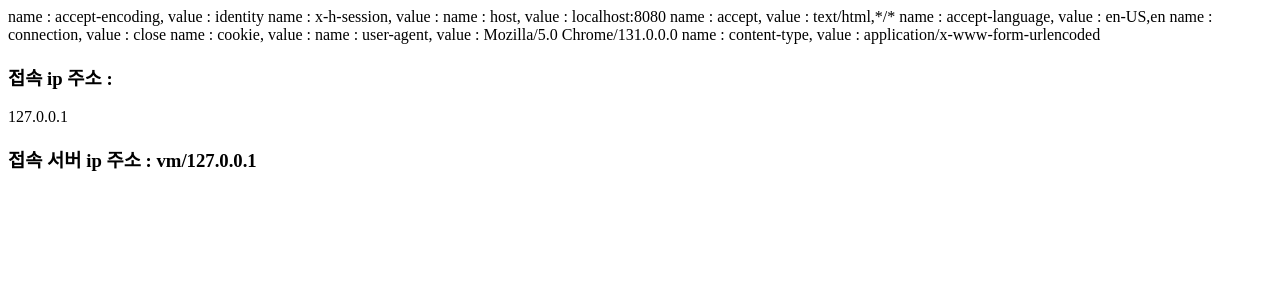
Repository: songyooon/java2
Page: http://localhost/practice03/02Header.jsp
The author's editor kept a copy of each file at every save. The page is drawn from the files as they stood at one save, then again after the next save.
The browser window is 1280 px wide. The pictures show the whole page.
The page is served by Tomcat 9. Other server files are loaded and not shown.

Above is the page before, as saved 2022-11-10 02:11:05.

### practice03/WebContent/02Header.jsp
<%@ page language="java" contentType="text/html; charset=UTF-8"
    pageEncoding="UTF-8"%>
<%@ taglib prefix="c" uri="http://java.sun.com/jsp/jstl/core" %>
<%@ taglib prefix="fmt" uri="http://java.sun.com/jsp/jstl/fmt" %>
<%@ page import="java.util.*" %>
<%@ page import="java.text.*, java.net.InetAddress" %>
<%@ include file="common.jsp" %>
<!DOCTYPE html>
<html>
<head>
<meta charset="UTF-8">
<title>Header 정보 출력</title>
</head>
<body>
<%
	Enumeration e = request.getHeaderNames();
	while(e.hasMoreElements()){
		String name = (String) e.nextElement();
		String value = (String) request.getHeader(name);
		out.println("name : "+name+", value : "+value);
	}
	out.println("<h3>접속 ip 주소 : </h3>"+request.getLocalAddr());
	InetAddress ipaddr = InetAddress.getLocalHost();
	out.println("<h3>접속 서버 ip 주소 : "+ipaddr+"</h3>");

%>
</body>
</html>

Loaded but not shown: practice03/WebContent/common.jsp (common file)

After the next save:
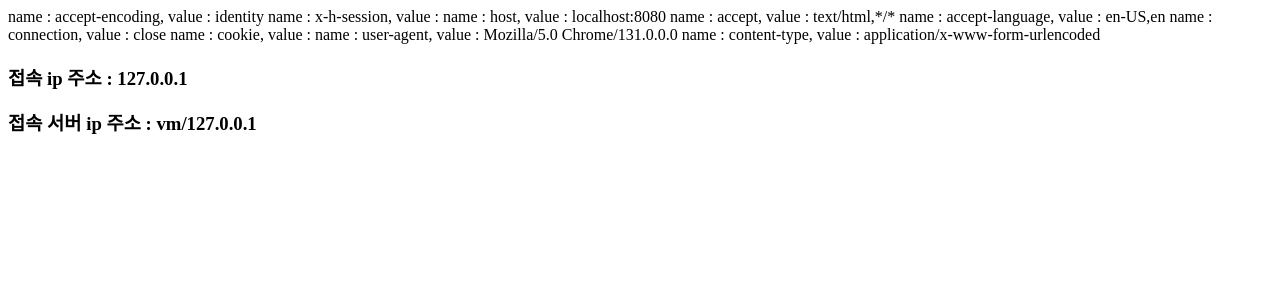
Saved 19 s later.
--- a/practice03/WebContent/02Header.jsp
+++ b/practice03/WebContent/02Header.jsp
@@ -19,7 +19,7 @@
 		String value = (String) request.getHeader(name);
 		out.println("name : "+name+", value : "+value);
 	}
-	out.println("<h3>접속 ip 주소 : </h3>"+request.getLocalAddr());
+	out.println("<h3>접속 ip 주소 : "+request.getLocalAddr()+"</h3>");
 	InetAddress ipaddr = InetAddress.getLocalHost();
 	out.println("<h3>접속 서버 ip 주소 : "+ipaddr+"</h3>");
 
